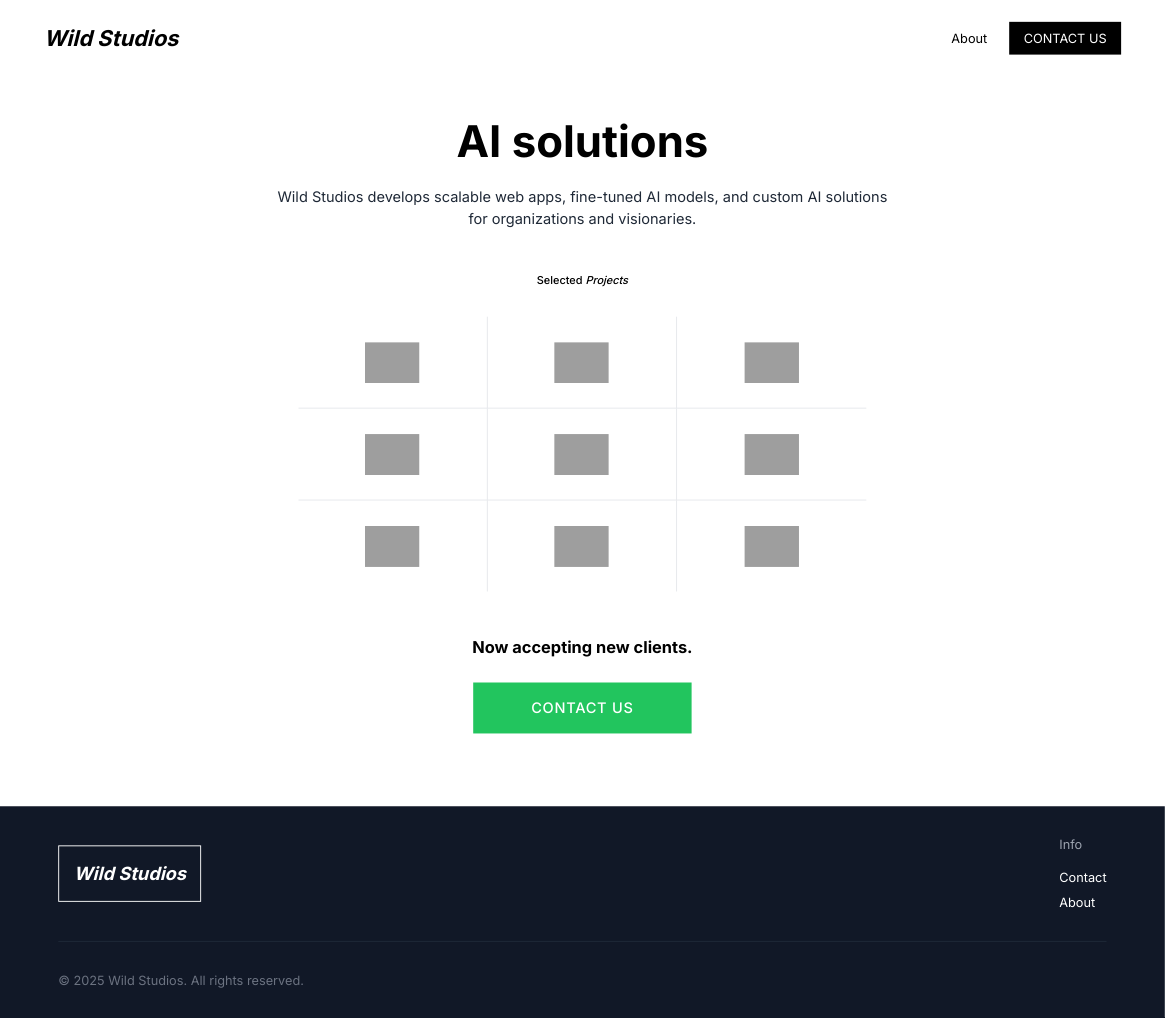
Repository: wpulier/wildstudio
Page: /
These files come from the project's save history. The page is drawn as it stood at one moment and after the next save; the edit follows.
The browser window is 1280 px wide. The pictures show the whole page, at 91% of full size.
Pictures or frames that could not be fetched are drawn as grey boxes. The project was rebuilt for these pictures with package versions that can differ from the ones it lists, and the page was loaded fresh each time. The framework's server and built-in components were replaced by stand-ins that run in the browser. Also part of the build but not shown: next.config.mjs.

Above is the page before, as saved 2025-03-01 14:17:23.

After the next save:
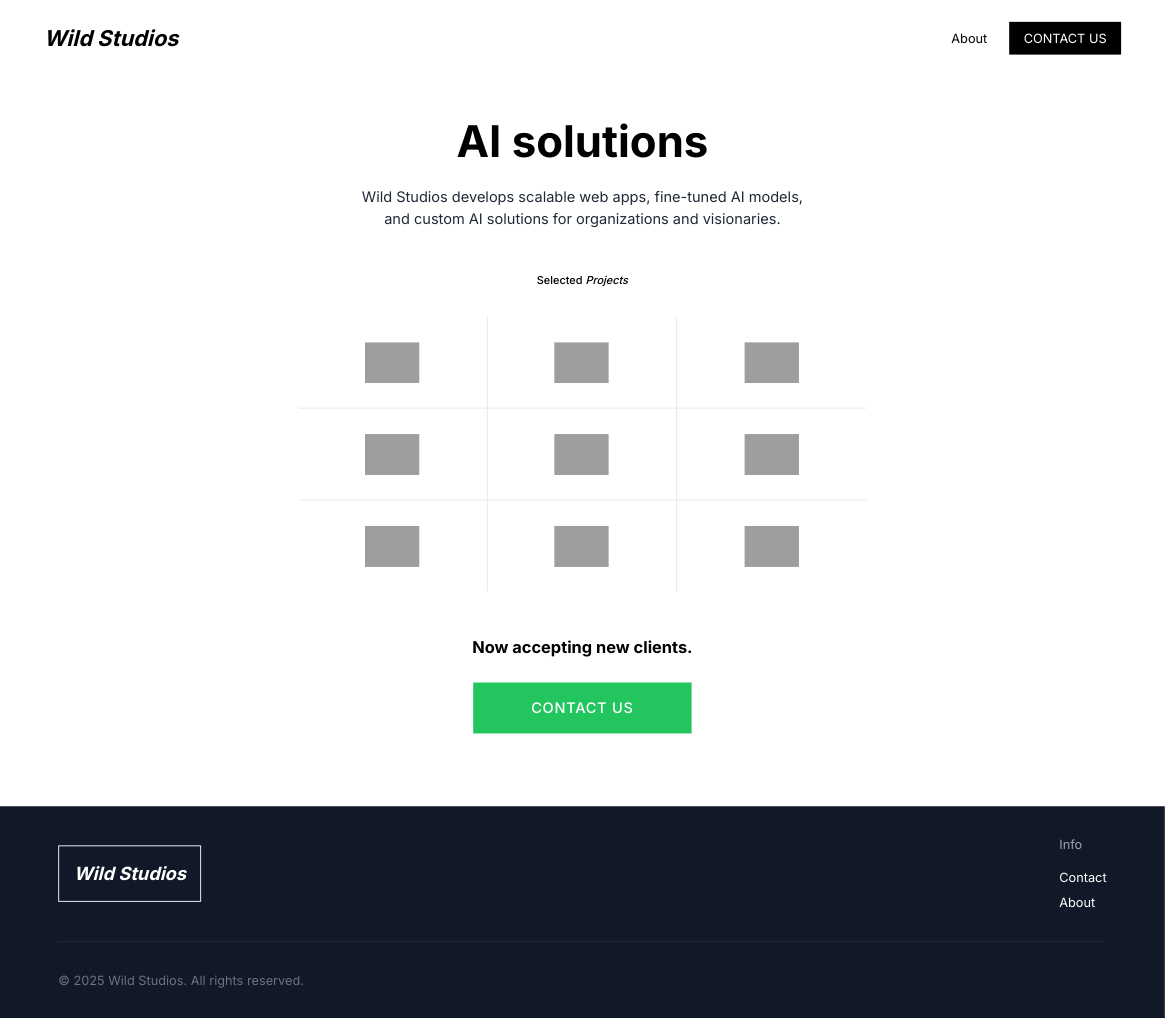
Saved 49 s later.
--- a/src/app/page.tsx
+++ b/src/app/page.tsx
@@ -11,7 +11,8 @@ export default function Home() {
         </h1>
 
         <p className="mt-4 md:mt-6 max-w-2xl text-center text-sm md:text-base text-gray-800">
-          Wild Studios develops scalable web apps, fine-tuned AI models, and custom AI solutions for organizations and visionaries.
+          Wild Studios develops scalable web apps, fine-tuned AI models,<br />
+          and custom AI solutions for organizations and visionaries.
         </p>
       </section>
 
